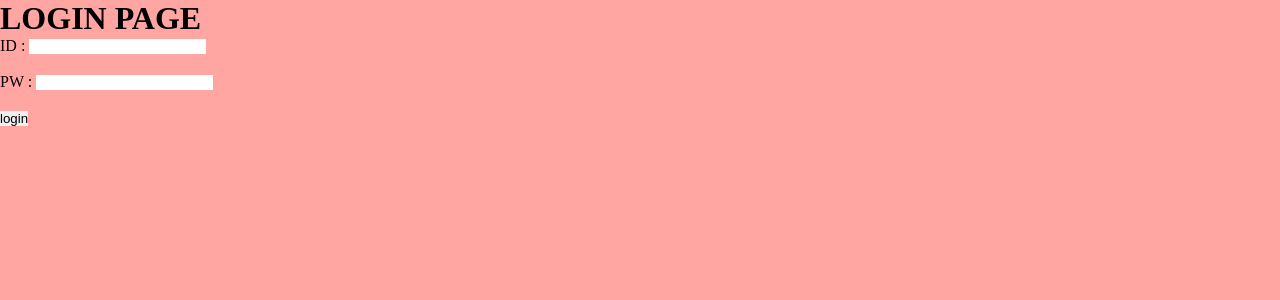
Repository: duatn3004/jsp_20230602
Page: http://localhost/jsp_project/mem/login
These files come from the project's save history. The page is drawn as it stood at one moment and after the next save; the edit follows.
The browser window is 1280 px wide. The pictures show the whole page.
The page is served by Tomcat 9. Other server files are loaded and not shown.

Above is the page before, as saved 2023-06-01 04:22:49.

### jsp_project2/jsp_project/src/main/webapp/member/login.jsp
<%@ page language="java" contentType="text/html; charset=UTF-8"
	pageEncoding="UTF-8"%>
<!DOCTYPE html>
<html>
<head>
<meta charset="UTF-8">
<title>Insert title here</title>
</head>
<style>
	body {
	background-color: #FFA6A2;
}
*{
    padding: 0;
    margin: 0;
    border: none;
}
.login-wrapper{
    width: 400px;
    height: 350px;
    padding: 40px;
    box-sizing: border-box;
}

.login-wrapper > h2{
    font-size: 24px;
    color: #6A24FE;
    margin-bottom: 20px;
}
#login-form > input{
    width: 100%;
    height: 48px;
    padding: 0 10px;
    box-sizing: border-box;
    margin-bottom: 16px;
    border-radius: 6px;
    background-color: #F8F8F8;
}
#login-form > input::placeholder{
    color: #D2D2D2;
}
#login-form > input[type="submit"]{
    color: #fff;
    font-size: 16px;
    background-color: #6A24FE;
    margin-top: 20px;
}
</style>
<body>
	<h1>LOGIN PAGE</h1>
	<form action="/mem/login_auth" method="post">
		ID : <input type="text" name="id"><br>
		<br> PW : <input type="text" name="password"><br>
		<br>
		<button type="submit">login</button>
	</form>
</body>
</html>

### jsp_project2/jsp_project/src/main/java/controller/MemberController.java
package controller;

import java.io.IOException;
import java.util.ArrayList;
import java.util.List;

import javax.servlet.RequestDispatcher;
import javax.servlet.ServletException;
import javax.servlet.annotation.WebServlet;
import javax.servlet.http.HttpServlet;
import javax.servlet.http.HttpServletRequest;
import javax.servlet.http.HttpServletResponse;
import javax.servlet.http.HttpSession;

import org.slf4j.Logger;
import org.slf4j.LoggerFactory;

import domain.MemberVO;
import service.MemberService;
import service.MemberServiceImpl;

@WebServlet("/mem/*")
public class MemberController extends HttpServlet {
	private static final long serialVersionUID = 1L;
	// log설정
//	private static final Logger log = LoggerFactory.getLogger(클래스명);
	private static final Logger log = LoggerFactory.getLogger(MemberController.class);
	private RequestDispatcher rdp;
	private MemberService msv;
	private int isOk;
	private String destPage;

	public MemberController() {
		msv = new MemberServiceImpl();
	}

	protected void service(HttpServletRequest request, HttpServletResponse response)
			throws ServletException, IOException {
		// characterEncoding 설정 / contentType / uri
		request.setCharacterEncoding("utf-8");
		response.setCharacterEncoding("utf-8");
		response.setContentType("text/html; charset-utf-8");

		String uri = request.getRequestURI();
		log.info(">>> uri : " + uri);
		// /mem/join : 요청에 대한 path만 남기기
		String path = uri.substring(uri.lastIndexOf("/") + 1);
		log.info(">>> path : " + path);

		switch (path) {
		case "join":
			destPage = "/member/join.jsp";
			break;
		case "register":
			// jsp에서 가져온 파라미터 저장
			String id = request.getParameter("id");
			String password = request.getParameter("password");
			String email = request.getParameter("email");
			int age = Integer.parseInt(request.getParameter("age"));

			// 파라미터로 mvo 객체 생성
			MemberVO mvo = new MemberVO(id, password, email, age);
			isOk = msv.register(mvo);
			log.info(">>> JOIN >" + (isOk > 0 ? "성공" : "실패"));
			destPage = "/";
			break;

		case "login":
			log.info(">>> login page 이동 ");
			destPage = "/member/login.jsp";
			break;

		case "login_auth":
			try {
				String id2 = request.getParameter("id");
				String password2 = request.getParameter("password");

				MemberVO mvo2 = new MemberVO(id2, password2);
				log.info(">>> login 요청!");
				MemberVO loginMvo = msv.login(mvo2);
				// 같은 정보가 있으면 객체에 저장
				// 객체를 세션에 저장해서 로그인 상태 유지

				if (loginMvo != null) {
					// 세션 가져오기, 연결된 세션이 없다면 생성.
					HttpSession ses = request.getSession();
					ses.setAttribute("ses", loginMvo);
					// 로그인 유지 시간, (10*60) = 10분 유지하겠다.
					ses.setMaxInactiveInterval(10 * 60);
				} else {
					request.setAttribute("msg_login", 0);
				}
				destPage = "/index.jsp";

			} catch (Exception e) {
				e.printStackTrace();
			}
			break;

		case "logout":
			try {
				HttpSession ses = request.getSession();
				MemberVO mvo2 = (MemberVO) ses.getAttribute("ses");
				String id2 = mvo2.getId();
				log.info(">>> login id : " + id2);

				// 로그인정보(id)를 주고 마지막 로그인 시간 기록(update)
				isOk = msv.lastLogin(id2);
				log.info(">>> logout>" + (isOk > 0 ? "성공" : "실패"));
				//세션값을 없애버린다.
				ses.invalidate();

			} catch (Exception e) {
				e.printStackTrace();
			}
			destPage = "/";
			break;

		case "modify":
			log.info(">>> modify page 접근");
			destPage="/member/modify.jsp";
			break;

		case "edit":
			try {
				MemberVO mvo3 = new MemberVO(
						request.getParameter("id"),
						request.getParameter("password"),
						request.getParameter("email"),
						Integer.parseInt(request.getParameter("age")),
						request.getParameter("reg_date"),
						request.getParameter("last_login"));
				log.info(">>>>"+mvo3);
				isOk = msv.modify(mvo3);
				log.info(">>> modify>"+(isOk > 0 ? "성공":"실패"));
				log.info(">>>modify완료, session 변경시작");
				if(isOk > 0) {
					//case 1 session 객체에 값을 담기
//					HttpSession ses = request.getSession();
//					ses.setAttribute("ses", mvo3);

					//case 2 login_auth case로 mvo3 객체 보내기
					request.setAttribute("mvo", mvo3);
				}
				destPage="login_auth";
//				destPage="/";
			} catch (Exception e) {
				// TODO: handle exception
				e.printStackTrace();
			}
			break;

		case "delete":
			HttpSession ses2 = request.getSession();
			MemberVO mvo4 = (MemberVO) ses2.getAttribute("ses");
			String id4 = mvo4.getId();
//			String id4 = request.getParameter("id");
//			System.out.println(id4);
			isOk = msv.delete(id4);
			log.info(">>> delete>"+(isOk > 0 ? "성공":"실패"));
			ses2.invalidate(); //세션 로그아웃

			destPage="/";
			break;

		case "list":
			try {
				List<MemberVO> list = new ArrayList<MemberVO>();

				list = msv.list();
				log.info(">>>> listSize"+list.size());
				request.setAttribute("list", list);
				System.out.println(">>> 리스트 성공");
				destPage="/member/list.jsp";
			} catch (Exception e) {
				// TODO: handle exception
				e.printStackTrace();
			}
			break;

		}

		rdp = request.getRequestDispatcher(destPage);
		rdp.forward(request, response);
	}

	protected void doGet(HttpServletRequest request, HttpServletResponse response)
			throws ServletException, IOException {
		// TODO Auto-generated method stub
		service(request, response);
	}

	protected void doPost(HttpServletRequest request, HttpServletResponse response)
			throws ServletException, IOException {
		// TODO Auto-generated method stub
		service(request, response);
	}

}

### jsp_project2/jsp_project/src/main/java/service/MemberServiceImpl.java
package service;

import java.util.List;

import org.slf4j.Logger;
import org.slf4j.LoggerFactory;

import controller.MemberController;
import domain.MemberVO;
import repository.MemberDAO;
import repository.MemberDAOImpl;


public class MemberServiceImpl implements MemberService {
	private static final Logger log = LoggerFactory.getLogger(MemberService.class);
	private MemberDAO mdao;

	public MemberServiceImpl() {
		mdao = new MemberDAOImpl();
	}

	@Override
	public int register(MemberVO mvo) {
		log.info("register service 진입~!!");
		return mdao.insert(mvo);
	}

	@Override
	public MemberVO login(MemberVO mvo2) {
	log.info(">>> login service 진입!");
	return mdao.selectOne(mvo2);
	}

	@Override
	public int lastLogin(String id2) {
		log.info(">>> logout service 진입!");
		return mdao.lastLogin(id2);
	}

	@Override
	public int modify(MemberVO mvo3) {
		log.info(">>> modify service 진입!");
		return mdao.update(mvo3);
	}

	@Override
	public int delete(String id4) {
		log.info(">>> delete service 진입!");
		return mdao.delete(id4);
	}

	@Override
	public List<MemberVO> list() {
		log.info(">>> list service 진입!");
		return mdao.list();
	}


}

### jsp_project2/jsp_project/src/main/java/repository/MemberDAO.java
package repository;

import java.util.List;

import domain.MemberVO;

public interface MemberDAO {

	int insert(MemberVO mvo);

	MemberVO selectOne(MemberVO mvo2);

	int lastLogin(String id2);

	int update(MemberVO mvo3);

	int delete(String id4);

	List<MemberVO> list();

}

### jsp_project2/jsp_project/src/main/java/repository/MemberDAOImpl.java
	package repository;

import java.util.ArrayList;
import java.util.List;

import org.apache.ibatis.session.SqlSession;
import org.slf4j.Logger;
import org.slf4j.LoggerFactory;

import domain.MemberVO;
import orm.DatabaseBuilder;

public class MemberDAOImpl implements MemberDAO {
	private static final Logger log = LoggerFactory.getLogger(MemberDAOImpl.class);
	private SqlSession sql;
	//NameSpace = SQL이 mapper를 구분하기 위한 이름
	//Namespace.SQL구문이름
	private String NS = "MemberMapper.";

	public MemberDAOImpl() {
		new DatabaseBuilder();
		sql = DatabaseBuilder.getFactory().openSession();
	}

	@Override
	public int insert(MemberVO mvo) {
		//sql.insert(MemberMapper.reg, 객체);
		//transaction 처리가 자동 이루어짐
		int isOk = sql.insert(NS+"reg", mvo);
		if(isOk > 0) {
			sql.commit();
		}
		return isOk;
	}

	@Override
	public MemberVO selectOne(MemberVO mvo2) {
	log.info(">>> login DAO진입!");
	return sql.selectOne(NS+"login", mvo2);
	}

	@Override
	public int lastLogin(String id2) {
		log.info(">>> logout DAO진입!");
		int isOk = sql.insert(NS+"logout", id2);
		if(isOk>0) {
			sql.commit();
		}
		return isOk;
	}

	@Override
	public int update(MemberVO mvo3) {
		log.info(">>> modify DAO진입!");
		int isOk = sql.update(NS+"modify", mvo3);
		if(isOk>0) {
			sql.commit();
		}
		return isOk;
	}

	@Override
	public int delete(String id4) {
		log.info(">>> delete DAO진입!");
		int isOk = sql.delete(NS+"delete", id4);
		if(isOk>0) {
			sql.commit();
		}
		return isOk;
	}

	@Override
	public List<MemberVO> list() {
		log.info(">>> list DAO진입!");
		List<MemberVO> list = new ArrayList<MemberVO>();
		list = sql.selectList(NS+"list");
		return list;
	}

}

### jsp_project2/jsp_project/src/main/java/orm/DatabaseBuilder.java
package orm;

import java.io.IOException;

import org.apache.ibatis.io.Resources;
import org.apache.ibatis.session.SqlSessionFactory;
import org.apache.ibatis.session.SqlSessionFactoryBuilder;
import org.slf4j.Logger;
import org.slf4j.LoggerFactory;

public class DatabaseBuilder {
	private static Logger log = LoggerFactory.getLogger(DatabaseBuilder.class);
	private static SqlSessionFactory factory;
	private static final String config = "orm/MybatisConfig.xml";

	static{
		try {
			factory = new SqlSessionFactoryBuilder().build(Resources.getResourceAsReader(config));
		} catch (IOException e) {
			// TODO: handle exception
			log.info("Mybatis 설정 오류");
			e.printStackTrace();
		}
	}
	public static SqlSessionFactory getFactory() {
		return factory;
	}
}

### jsp_project2/jsp_project/src/main/java/domain/MemberVO.java
package domain;

public class MemberVO {
//	create table member(
//			id varchar(100),
//			password varchar(100),
//			email varchar(100),
//			age int,
//			reg_date datetime default now(),
//			last_login datetime default null,
//			primary key(id));
	private String id;
	private String password;
	private String email;
	private int age;
	private String reg_date;
	private String last_login;

	public MemberVO() {}

	//login : id,password
	public MemberVO(String id, String password) {
		this.id = id;
		this.password = password;
	}

	//join : id,password, email, age
	public MemberVO(String id, String password, String email, int age) {
		this.id = id;
		this.password = password;
		this.email = email;
		this.age = age;
	}

	//list : id, email, age, reg_date, last_login
	public MemberVO(String id, String password, String email, int age, String reg_date, String last_login) {
		this.id = id;
		this.password = password;
		this.email = email;
		this.age = age;
		this.reg_date = reg_date;
		this.last_login = last_login;
	}

	//modify : password,email,age
	public MemberVO(String password, String email, int age) {
		this.password = password;
		this.email = email;
		this.age = age;
	}

	public String getId() {
		return id;
	}

	public void setId(String id) {
		this.id = id;
	}

	public String getPassword() {
		return password;
	}

	public void setPassword(String password) {
		this.password = password;
	}

	public String getEmail() {
		return email;
	}

	public void setEmail(String email) {
		this.email = email;
	}

	public int getAge() {
		return age;
	}

	public void setAge(int age) {
		this.age = age;
	}

	public String getReg_date() {
		return reg_date;
	}

	public void setReg_date(String reg_date) {
		this.reg_date = reg_date;
	}

	public String getLast_login() {
		return last_login;
	}

	public void setLast_login(String last_login) {
		this.last_login = last_login;
	}

	@Override
	public String toString() {
		return "MemberVO [id=" + id + ", password=" + password + ", email=" + email + ", age=" + age + ", reg_date="
				+ reg_date + ", last_login=" + last_login + "]";
	}




}

### jsp_project2/jsp_project/src/main/java/domain/BoardVO.java
package domain;

public class BoardVO {
	/*
	 * create table board(
	 * bno int not null auto_increment,
	 * title varchar(100) not null,
	 * writer varchar(100) not null,
	 *  content text,
	 *  reg_date datetime default now(),
	 *  primary key(bno) );
	 */

	private int bno;
	private String title;
	private String writer;
	private String content;
	private String reg_date;
	private int cnt;
	private String image_file;

	public BoardVO() {}

	//register(title,writer,content)
	public BoardVO(String title, String writer, String content) {

		this.title = title;
		this.writer = writer;
		this.content = content;
	}

	//list(bno,title,writer,reg_date)
	public BoardVO(int bno, String title, String writer, String reg_date) {

		this.bno = bno;
		this.title = title;
		this.writer = writer;
		this.reg_date = reg_date;
	}


	//list2
	public BoardVO(int bno, String title, String writer, String reg_date, int cnt) {

		this.bno = bno;
		this.title = title;
		this.writer = writer;
		this.reg_date = reg_date;
		this.cnt = cnt;
	}

	//detail(all)
	public BoardVO(int bno, String title, String writer, String content, String reg_date, String image_file) {

		this.bno = bno;
		this.title = title;
		this.writer = writer;
		this.content = content;
		this.reg_date = reg_date;
		this.image_file = image_file;
	}

	//update(bno,title,content)
	public BoardVO(int bno, String title, String content) {

		this.bno = bno;
		this.title = title;
		this.content = content;
	}


	//getter/setter
	public int getBno() {
		return bno;
	}

	public void setBno(int bno) {
		this.bno = bno;
	}

	public String getTitle() {
		return title;
	}

	public void setTitle(String title) {
		this.title = title;
	}

	public String getWriter() {
		return writer;
	}

	public void setWriter(String writer) {
		this.writer = writer;
	}

	public String getContent() {
		return content;
	}

	public void setContent(String content) {
		this.content = content;
	}

	public String getReg_date() {
		return reg_date;
	}

	public void setReg_date(String reg_date) {
		this.reg_date = reg_date;
	}

	public int getCnt() {
		return cnt;
	}

	public void setCnt(int cnt) {
		this.cnt = cnt;
	}


	public String getImage_file() {
		return image_file;
	}

	public void setImage_file(String image_file) {
		this.image_file = image_file;
	}

	//tostring
	@Override
	public String toString() {
		return "BoardVO [bno=" + bno + ", title=" + title + ", writer=" + writer + ", content=" + content
				+ ", reg_date=" + reg_date + ", cnt=" + cnt + ", image_file=" + image_file + "]";
	}







}

### jsp_project2/jsp_project/src/main/java/domain/CommentVO.java
package domain;

public class CommentVO {
//	cno int not null auto_increment,
//	bno int default 0,
//	writer varchar(100) default “unknown”,
//	content varchar(1000) not null,
//	reg_date datetime default now(),

	private int cno;
	private int bno;
	private String writer;
	private String content;
	private String reg_date;

	public CommentVO() {}

	//post(bno, writer, content)
	public CommentVO(int bno, String writer, String content) {
		super();
		this.bno = bno;
		this.writer = writer;
		this.content = content;
	}

	//(writer,content,cno)
	public CommentVO(String writer, String content,int cno) {
		super();
		this.writer = writer;
		this.content = content;
		this.cno = cno;
	}


	//modify(cno, content)
	public CommentVO(int cno, String content) {
		super();
		this.cno = cno;
		this.content = content;
	}


	//list(bno,cno,writer,content,reg_date)
	public CommentVO(int cno, int bno, String writer, String content, String reg_date) {
		super();
		this.cno = cno;
		this.bno = bno;
		this.writer = writer;
		this.content = content;
		this.reg_date = reg_date;
	}




	public int getCno() {
		return cno;
	}

	public void setCno(int cno) {
		this.cno = cno;
	}

	public int getBno() {
		return bno;
	}

	public void setBno(int bno) {
		this.bno = bno;
	}

	public String getWriter() {
		return writer;
	}

	public void setWriter(String writer) {
		this.writer = writer;
	}

	public String getContent() {
		return content;
	}

	public void setContent(String content) {
		this.content = content;
	}

	public String getReg_date() {
		return reg_date;
	}

	public void setReg_date(String reg_date) {
		this.reg_date = reg_date;
	}

	@Override
	public String toString() {
		return "CommentVO [cno=" + cno + ", bno=" + bno + ", writer=" + writer + ", content=" + content + ", reg_date="
				+ reg_date + "]";
	}





}

### jsp_project2/jsp_project/src/main/java/domain/PagingVO.java
package domain;

public class PagingVO {
	private int pageNo; //현재 화면에 출력되는 페이지네이션 번호
	private int qty; //한 페이지에 보여줄 게시글 수 => 10개

	//검색 관련 멤버변수
	private String type;
	private String keyword;

	public PagingVO() { //페이지네이션을 클릭하기전 기본 값으로 지정
		this(1,10);
	}

	public PagingVO(int pageNo, int qty) {
		this.pageNo = pageNo;
		this.qty = qty;
	}

	public int getPageStart() {
		return (this.pageNo-1)*10; //시작 limit 번지 구하기
	}

	//타입을 배열처리
	public String[] getTypeToArray() {
		return this.type == null ? new String[] {} : this.type.split("");
	}

	public int getPageNo() {
		return pageNo;
	}

	public void setPageNo(int pageNo) {
		this.pageNo = pageNo;
	}

	public int getQty() {
		return qty;
	}

	public void setQty(int qty) {
		this.qty = qty;
	}

	public String getType() {
		return type;
	}

	public void setType(String type) {
		this.type = type;
	}

	public String getKeyword() {
		return keyword;
	}

	public void setKeyword(String keyword) {
		this.keyword = keyword;
	}

	@Override
	public String toString() {
		return "PagingVO [pageNo=" + pageNo + ", qty=" + qty + ", type=" + type + ", keyword=" + keyword + "]";
	}


}

After the next save:
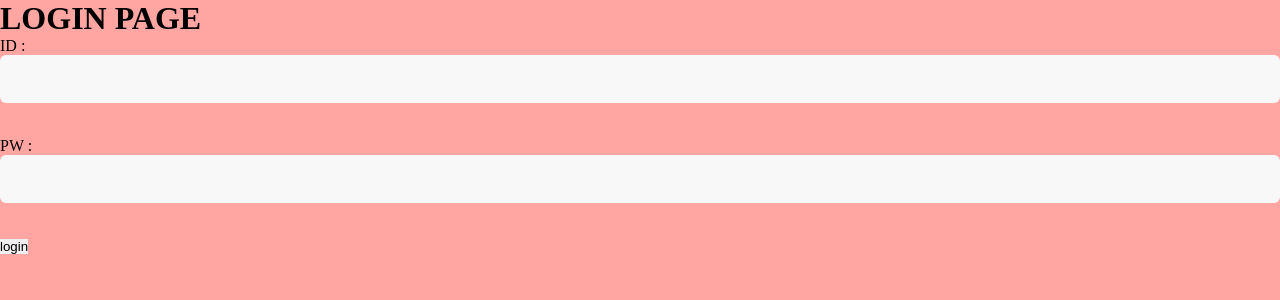
Saved 3 min 17 s later.
--- a/jsp_project2/jsp_project/src/main/webapp/member/login.jsp
+++ b/jsp_project2/jsp_project/src/main/webapp/member/login.jsp
@@ -47,12 +47,15 @@
 }
 </style>
 <body>
+<div>
 	<h1>LOGIN PAGE</h1>
-	<form action="/mem/login_auth" method="post">
+	<form action="/mem/login_auth" method="post" action="#" id="login-form">
 		ID : <input type="text" name="id"><br>
 		<br> PW : <input type="text" name="password"><br>
 		<br>
 		<button type="submit">login</button>
 	</form>
+
+</div>
 </body>
 </html>
